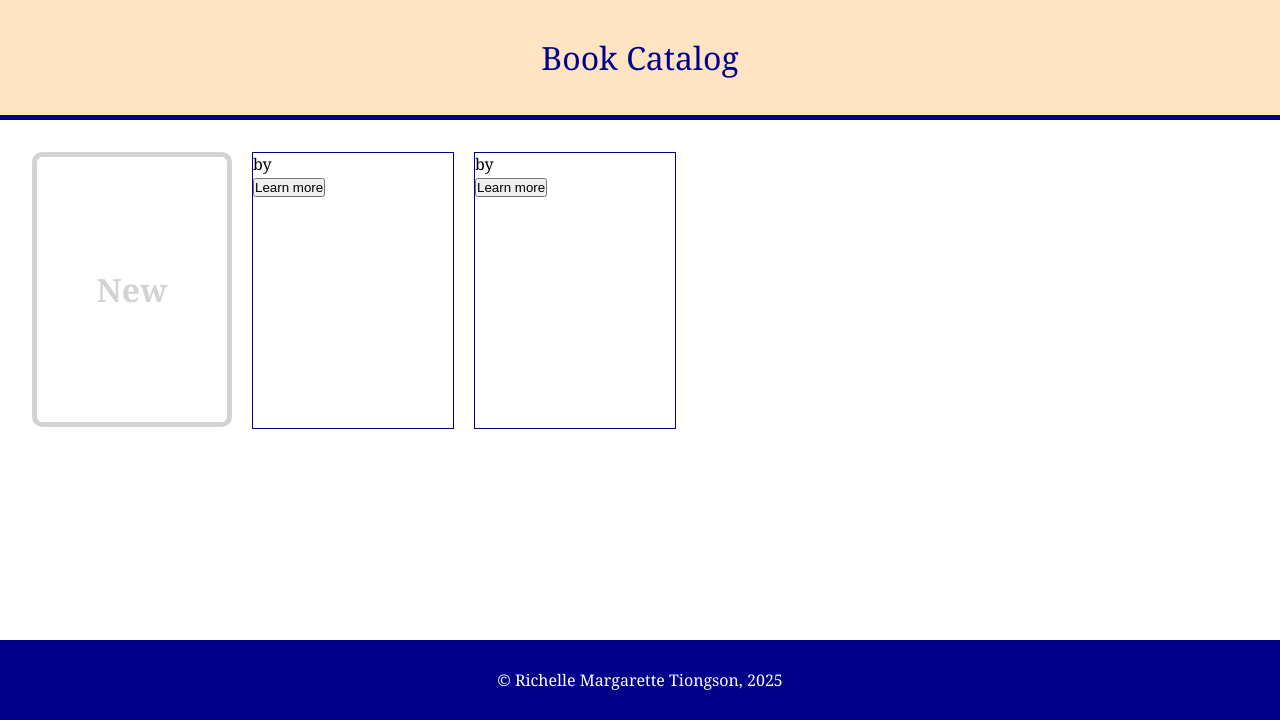
Repository: richelletiongson/comp3170_lab01
Page: /
These files come from the project's save history. The page is drawn as it stood at one moment and after the next save; the edit follows.
The browser window is 1280 px wide. The pictures show the whole page.
The project was rebuilt for these pictures with package versions that can differ from the ones it lists, and the page was loaded fresh each time. Also part of the build but not shown: vite.config.js.

Above is the page before, as saved 2025-09-14 00:19:22.

After the next save:
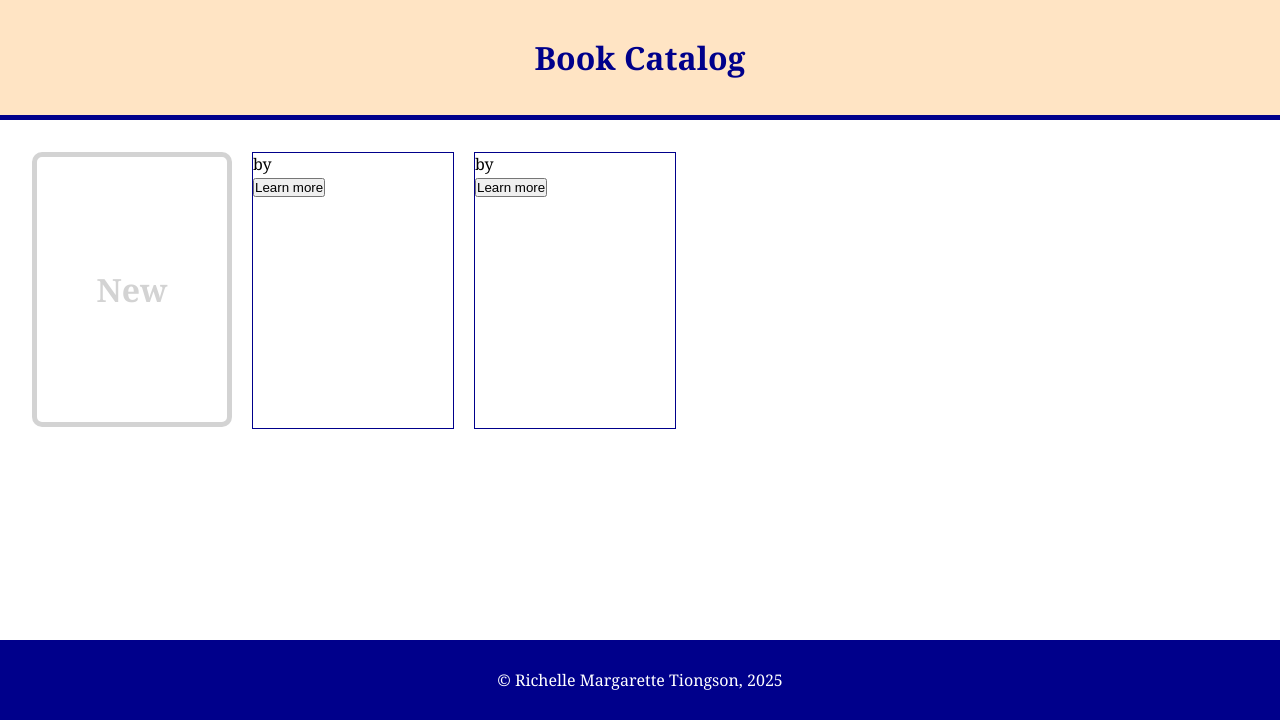
Saved 23 s later.
--- a/src/index.css
+++ b/src/index.css
@@ -28,7 +28,7 @@ body {
 .header-title {
   color: darkblue;
   font-size: 32px;
-  font-weight: normal;
+  font-weight: bold;
   text-align: center;
   margin: 0;
 }
